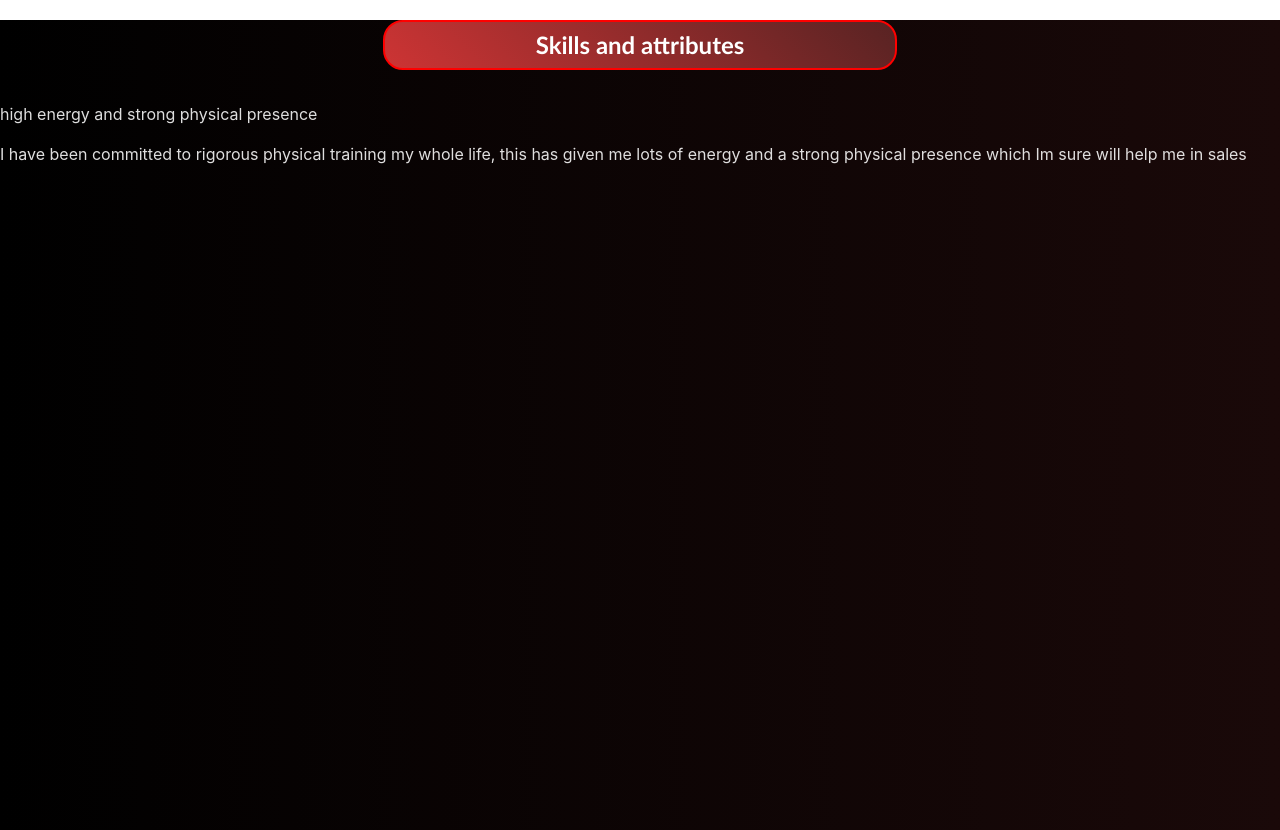
Repository: TMuse333/resume1
Page: /
An editor plug-in stored every save of this project. The page is shown before and after the next save, followed by the edit.
The browser window is 1280 px wide. The pictures show the whole page.
The project was rebuilt for these pictures with package versions that can differ from the ones it lists, and the page was loaded fresh each time. Also part of the build but not shown: vite.config.js, src/components/navbar.jsx, src/components/about.jsx, src/components/contact.jsx, src/components/footer.jsx, src/components/experience.jsx, src/components/carousel.jsx, src/components/experienceCarousel.jsx and 4 more. Imported but missing from the stored project, and not drawn on this page: src/images/best_dunk.mp4.

Above is the page before, as saved 2023-10-18 15:15:45.

### index.html
<!doctype html>
<html lang="en">
  <head>
    <meta charset="UTF-8" />

    <meta name="viewport" content="width=device-width, initial-scale=1.0" />
    <title>Thomas Musial Resume 1</title>
  </head>
  <body>
    <div id="root"></div>
    <script type="module" src="/src/main.jsx"></script>
  </body>
</html>

### src/main.jsx
import './index.css'
import * as React from 'react';
import { StrictMode } from 'react';
import { createRoot } from 'react-dom/client';
import { BrowserRouter } from 'react-router-dom';

import App from './App';

const rootElement = document.getElementById('root');
const root = createRoot(rootElement);

root.render(
  <StrictMode>
    <BrowserRouter>
      <App />
    </BrowserRouter>
  </StrictMode>
);

### src/index.css
:root {
  font-family: Inter, system-ui, Avenir, Helvetica, Arial, sans-serif;
  line-height: 1.5;
  font-weight: 400;

  /* color-scheme: light dark; */
  color: rgba(255, 255, 255, 0.87);
  background-color: #242424;

  font-synthesis: none;
  text-rendering: optimizeLegibility;
  -webkit-font-smoothing: antialiased;
  -moz-osx-font-smoothing: grayscale;
  -webkit-text-size-adjust: 100%;
}

a {
  font-weight: 500;
/* color:black; */
  text-decoration: inherit;
}
a:hover {

}

body {
  margin: 0;
  display: flex;
  place-items: center;
  min-width: 320px;
  min-height: 100vh;
}

h1 {
  font-size: 3.2em;
  line-height: 1.1;
}

button {
  border-radius: 8px;
  border: 1px solid transparent;
  padding: 0.6em 1.2em;
  font-size: 1em;
  font-weight: 500;
  font-family: inherit;

  cursor: pointer;
  transition: border-color 0.25s;
}
button:hover {

}
button:focus,
button:focus-visible {

}

@media (prefers-color-scheme: light) {
  :root {
    /* color: #213547; */
    background-color: #ffffff;
  }
  a:hover {

  }
  button {
    background-color: #f9f9f9;
  }
}

### src/App.jsx
import { useState } from 'react'
import './App.css'
import {
  BrowserRouter as Router,

  Route, Routes

} from "react-router-dom";




import MainLayout from './components/MainLayout';

import { SkillProvider } from './context/context'
import FAQ from './components/FAQ';
import Progress from './components/progress';


function App() {
  return (
    <>

    <SkillProvider>
   <Routes>

      <Route path='/' element={<MainLayout/>}/>
     <Route path="/FAQ" element={<FAQ/>}/>
     <Route path="/progress" element={<Progress/>}/>
      </Routes>
      </SkillProvider>


   </>
  );
}

export default App;

### src/App.css


:root {
  --primary-color: #000000; /* Dark blue */
  --secondary-color: #1a0909; /* Medium blue */
  --background-color: #180c0c; /* Darker blue for background */
  --color-3:#cd3434;
  --color-4:#582323;
  --text-color: rgb(1, 0, 0); /* White text */
  --accent-color: #828282; /* Lighter blue as an accent color */
}

.body,
html {
  color: var(--text-color);
}


.header-container{
 display: flex;
 justify-content: space-between;
 align-items: center;
 width: 8vw;

 top: 0px;
 background: blue;
 height: 5px;
 z-index: 10000;


}

.logo{
  margin-top: 5px;
  margin-left: 20px;
}

.profile-picture-container{
  width: 100vw;
  background: linear-gradient( var(--primary-color), var(--secondary-color));
  display: flex;
  align-items: center;
  justify-content: center;
  height: 20rem;
}

.profile-picture{
  object-fit: contain;
height:100%;


}

.nav-list{
  color:white;
  list-style: none;
padding: 0;
  padding-bottom: 10px; /* Remove any default padding */
  margin: 0;
  transform: translate(15px,60px);
  width: 55%;
  background: linear-gradient(var(--primary-color),var(--secondary-color));




}

.list-container {
  position: relative;
  display: flex;
  flex-direction: column;
  align-items: center; /* Vertically center-align the items */
  text-align: center;
  ; /* Horizontally center-align the text within li elements */
}

.nav-button{
  margin-right: 20px;
  transform: translate(1rem,3.5rem);
  background-color: transparent;
  color:white;
}

.header-container button{

}



.about-container {
  margin-top: 30px;
  display: flex;
  justify-content: center;
  align-items: center;
  flex-direction: column;
 width: 100vw;
  margin-bottom: -2rem;
 background: linear-gradient(45deg, var(--primary-color), var(--secondary-color));
}



.about {
  text-align: center;
}

.about h1{

  text-shadow: 2px 2px 10px rgb(77, 77, 77)
}

.title{
  margin-top: -15px;
  display: flex;

  flex-direction: column;
  text-align: center;
  justify-content: center;
  align-items: center;
  /* background: linear-gradient(to right, rgb(104, 73, 11), #FFA500); */


  padding-left: 10px;
  padding-right: 10px;


  margin-bottom: 10px;

}



.title h2{

  margin-top:-30px;
  text-align: center;
  flex-direction: column;
  text-shadow: 2px 2px 10px rgb(77, 77, 77)



}



.about p {
  padding:15px;
  font-size: 16px;
  font-weight: bold;
  color: white;
  background-color: var(--background-color);
  max-width: 1000px; /* Set the text color for the paragraph */
}

.image-gallery{
  display: flex;
  position: relative;
  justify-content: center; /* Horizontally center-align its children */
  align-items: center;

}

.image-container{
  display: flex;
  flex-direction: column;
  align-items: center;
  justify-content: center;
  background-color: #1f140f;


}





.image-gallery button{
  background-color: transparent;
  height: 20px;


}

.skills-section {

  background: linear-gradient(to right, var(--primary-color), var(--secondary-color));
  width: 100vw;

}

.section-title {

  font-size: 1.5rem;
  margin-bottom: 1rem;
  align-items: center;
  justify-content: center;
  text-align: center;
  border: 2px solid red;
  width:300px;
  margin-left: auto;
  margin-right: auto;
}




.attribute-container p{
  color:wheat;


}










.description-content button {
  margin-top: 10px;
  background-color: rgb(66, 55, 55);
  width:100px;

}





.section-title{
  background: linear-gradient(45deg, var(--color-3), var(--color-4));
  color: rgb(255, 255, 255);
  border-radius: 20px;
  padding:5px;
  font-family: 'Trebuchet MS', 'Lucida Sans Unicode', 'Lucida Grande', 'Lucida Sans', Arial, sans-serif;
}

.title h1 {
  font-family: 'Helvetica Neue', Helvetica, Arial, sans-serif; /* Use a dominant font family */
  font-weight: bold; /* Apply a bold weight */

  letter-spacing: 0px; /* Adjust letter spacing for clarity */
  text-transform: uppercase; /* Optionally, transform text to uppercase */
  color: rgb(209, 89, 89);
  text-shadow: 2px 2px 10px rgb(104, 92, 71);
}

.title p{
  font-family: 'Times New Roman', serif; /* Choose a serif font for an intellectual touch */
  font-weight: normal; /* Adjust font weight as needed */
   /* Set an appropriate font size */
  letter-spacing: 0.5px; /* Adjust letter spacing for clarity */
  color: #1f140f;
  white-space: nowrap;
  text-align: center;
}




.card-container{
  position: relative;
  display: flex;
  flex-direction: column;
  align-items: center; /* Center horizontally */
  justify-content: center; /* Center vertically */
  text-align: center;

  z-index: 0;

}

.experience-image{

  width: 200px;
}

.card-container h2{
  font-weight: bold;
  color: rgba(235, 231, 13);
  text-shadow: 2px 2px 4px rgba(63, 62, 3, 0.87);
}

.card-container p{
  margin-top: 10px;
  color: #fff;
  font-weight: bold;
  font-family: 'Montserrat', sans-serif;
  width:60%

}

.exp-carousel{
  background: linear-gradient(to right, var(--primary-color), var(--secondary-color));
  display: flex;
  width: 100vw;
}

.exp-carousel button{
  height:40px;

  margin-top: auto;
  margin-bottom: auto;

}



.carousel-container{
  margin-top: 50px;
  height: max-content;
  display: flex;

  justify-content: center;
  align-items: center;

}

.carousel2{
  margin-top: -50px;
  background: linear-gradient( var(--primary-color), var(--secondary-color));
  width: 100vw;
  text-align: center;
}

.carousel h1{
  padding-top: 10px;
margin-top: 0rem;
text-align: center;
color:white;
text-shadow: 2px 2px 10px rgb(77, 77, 77)

}


.carousel-container button:first-child{
  position: absolute;
  left:5%;
  z-index: 10;

}

.carousel-container button:last-child{
  position: absolute;
  right:5%;
  z-index: 10;

}







.images-container{
  display: flex;
  overflow: auto;
  white-space: nowrap;
  max-width: 100vw;
  gap:40px;
}


.contact-container{
  background: linear-gradient(to right, var(--primary-color), var(--secondary-color));
  margin-top:0rem;
  display: flex;
  flex-direction: column;
  align-items: center;
  width:100vw;


}

.contact-container h1{
  text-shadow: 2px 2px 10px rgb(77, 77, 77)
}

.contact-container p{
  padding-left: 25px;
  padding-right: 25px;
  color: #555;
  font-weight: bold;
}

.contact-container button{
  margin-top: 30px;
  margin-bottom: 30px;
  color:black;
}

.contact-container a{
  color:black;
}

.contact{
   background: var(--background-color);
  margin-bottom: 30px;
}

.contact p{
  background-color: var(--background-color);
  color:white;
  padding-top: 10px;
  padding-bottom: 10px;
}

.social-media{
  display: grid;
  grid-template-columns: repeat(auto-fill, minmax(300px, 1fr)); /* Change 300px to your desired minimum column width */
  gap: 20px;
  width: 100vw;
  background-color: rgb(234, 143, 74);

}

.instagram{
  display: flex;
  flex-direction: column;
  margin-bottom: 20px;
  align-items: center;



}

.instagram img{
  height:30rem;
}

.instagram a{
  margin-top: 10px;
  color: #1f140f;
  font-size: large;
  background-color: #cd4c2f;

  text-align: center;

  padding-left: 30px;
  padding-right: 30px;

}

.youtube{
  align-items: center;
  justify-content: center;
  display: flex;
  flex-direction: column;

}

.youtube a{
  margin-top: -25px;
  margin-bottom: 100px;
  color: #1f140f;
  background-color: #cd4c2f;
  padding-left: 30px;
  padding-right: 30px;
}

.footer-container{
  font-weight: bold;
 color:red;
  align-items: center;
  justify-content: center;
  display: flex;
  flex-direction: column;
  margin-left: auto;
  margin-right: auto;
  background: rgb(22, 18, 18);
  width:100vw;
}

.footer-list{


align-items: center;
gap: 20px;
display: flex;


}

.footer-list p{

}

.copyright{
  color:white;
}

.footer-list a{
  height: min-content;
  padding-top: 10px;
  font-weight: bold;
  color:white;
}






.faq-container{
  position: absolute;
  top:0;
 height:100vh;
 width:100vw;
  background: linear-gradient(to right, #F4A460, #FF8C00);

}

.faq-text {
margin-left: 25px;
}

.faq-container h1{
  margin-top: 75px;
}

.faq-footer{
  position: absolute;
  bottom:0;
  width: 100vw;
}

.link-container{
width: 100vw;
margin-top: 50px;
text-align: center;

}

.progress-container{
  display: flex;
width: 100vw;

flex-direction: column;
  justify-content: center;



}

.progress-images {
  margin-top:1rem;
  width:100vw;
  display: grid;
  justify-content: center;

   /* grid-template-columns: repeat(1, 1fr);
  grid-template-rows: repeat(8, 1fr);
  gap: 10px;  */


}


.progress-images img{
  margin-top:3rem;
}

.progress-description{
  width:100vw;

  text-align: center;
}



@media screen and (min-width: 415px) {
  .skills-container{
    /* grid-template-columns: 200px 200px ; */
  }

}




@media screen and (min-width: 760px)
 and (min-height: 415px)
 {

.footer-container{
  width:100vw;

}

.section-title{
  width:50px;
}

.about-container{
  width:100vw;
  margin-left: auto;
  margin-right: auto;
}
.header-container{
  width:100vw;
  color:yellow;

}

.nav-list{
  width:10vw;
  color:red;


}

  .list-container{

  }

  .social-media{
    grid-template-columns: repeat(2,1fr);
  }

  .profile-picture-container{
   width:100vw;
    height: 680px;

  }

  .footer-container{
    width:100vw;
  }

  .nav-list{
    display: flex;
    align-items: center;
    justify-content: space-between;
    /* padding-left: 20px;
    padding-right: 20px; */
    width: 100vw;
  }

  .nav-button{
    display: none;
  }

  .header-container{
    display: flex;
    justify-content: space-between;
    align-items: center;
    width: 100vw;
    position: fixed;
    top: 0px;

    height: 50px;
   }

   .list-container {
    position: absolute;
    display: flex;
    flex-direction: row;
    justify-content: space-between;
    left: 50%; /* Set the left position to the center of the parent container */
    transform: translateX(-50%);
    width: 75vw;
    margin-bottom:100px;
  }

  .title{
    margin-top: 10px;
  }

  .skills-container{
    width:100vw;
    display: grid;
    /* grid-template-columns: 200px 200px 200px 200px; */
  }

  .skills-section{
    width:100vw;

  }

  .section-title{
    width:500px;
    justify-content: center;
    margin-left: auto;
    margin-right: auto;
  }

  .experience-image{
max-width: 500px;
  }

  .progress-images{
    margin-top: 0;
     grid-template-columns: repeat(2, 450px);
  grid-template-rows: repeat(8, 0fr);

  }

  .progress-images img{
    margin-top: 2rem;

  }

  .card-container{
    /* width:100vw; */
  }


}

### src/components/MainLayout.jsx
import React from 'react';
import Navbar from './navbar';
import About from './about';
import Skills from './skills';

import ContactForm from './contact';
import Footer from './footer';
import Carousel from './carousel';



import ExperienceCarousel from './experienceCarousel';
import BulletPointList from './bulletPointList';

 // Replace with the actual path to your Navbar component

function MainLayout({ children }) {
  return (
   <>
   {/* <Navbar/> */}
   {/* <About/> */}
   <Skills/>
   {/* <BulletPointList/> */}
  {/* <Carousel/> */}
    {/* <ExperienceCarousel/> */}
    {/* <ContactForm/> */}
    {/* <Footer/> */}
    </>


  );
}

export default MainLayout;

### src/context/context.jsx
// SkillContext.js

import React, { createContext, useContext, useState } from 'react';

// Create the SkillContext
const SkillContext = createContext();

// Create a custom hook for accessing the SkillContext
export function useSkillContext() {
  return useContext(SkillContext);
}

// Create the SkillProvider component
export function SkillProvider({ children }) {
  const [selectedSkillIndex, setSelectedSkillIndex] = useState(null);

  return (
    <SkillContext.Provider value={{ selectedSkillIndex, setSelectedSkillIndex }}>
      {children}
    </SkillContext.Provider>
  );
}

### src/components/skills.jsx
import React, { useEffect, useState } from 'react';
import { motion } from 'framer-motion';
import { attributes } from './skillDesc';

import { services } from './skillDesc';
import { useSkillContext } from '../context/context';

const Skills = () => {
  const [skillsInView, setSkillsInView] = useState(Array(services.length).fill(false));
  const { selectedSkillIndex, setSelectedSkillIndex } = useSkillContext();
  const [isHovered, setIsHovered] = useState(-1)
  const [isSkillDescriptionVisible, setIsSkillDescriptionVisible] = useState(Array(services.length).fill(false));


  const handleSkillClick = (index) => {
    setSelectedSkillIndex(index);
    console.log(selectedSkillIndex)

    setIsSkillDescriptionVisible((prev) => {
      const newIsSkillDescriptionVisible = [...prev];
      newIsSkillDescriptionVisible[index] = !prev[index];

      return newIsSkillDescriptionVisible;
    });
  };



  const handleHover = () => {
        setIsHovered(index)
  }


  const style = (index) =>( {

    height: selectedSkillIndex === index  && isSkillDescriptionVisible[index]? '375px' : '200px',
    transition: 'height 0.3s ease-in-out',
  })





  const staggerVariants = {
    visible: (index) => ({
      opacity: 1,
      x: 0,
       // Always start from the center
      transition: {
        duration:  + 0.5,
      },
    }),
    hidden: (index) => ({
      opacity: 0,
      x: -100, // Alternate between left and right
    }),
  };

  const skillStyles = (index) => ({
    // boxShadow: isHovered === index ? '0 0 100px rgba(10, 128, 0, 1)' : null,
    backgroundColor: isHovered === index ? 'rgba(305, 100, 100, 1)' : 'transparent',

    transform: isHovered === index ? 'scale(1.2)' : 'scale(1)',
    padding: '10px',
    borderRadius: '30px'

});

  useEffect(() => {
    const handleScroll = () => {
      services.forEach((skill, index) => {
        const skillsSection = document.getElementById(`skill-${index}`);
        if (skillsSection) {
          const { top} = skillsSection.getBoundingClientRect();


          const threshold = 100

          // Check if the skills section is in the viewport with the calculated threshold
          const isInView = top < window.innerHeight - threshold  ;
      //    console.log(`Skill ${index} - top: ${top}, window.innerHeight - threshold: ${window.innerHeight - threshold}, isInView: ${isInView}`);
          // Update the skillsInView array with the new in-view state
          setSkillsInView((prevSkillsInView) => {
            const newSkillsInView = [...prevSkillsInView];
            newSkillsInView[index] = isInView || prevSkillsInView[index]; // Update the state to true if already in view
            return newSkillsInView;
          });
        }
      });
    };

    // Add an event listener for scroll
    window.addEventListener('scroll', handleScroll);

    // Clean up the event listener when the component unmounts
    return () => {
      window.removeEventListener('scroll', handleScroll);
    };
  }, []);




  return (
    <section className="skills-section">
      <h2 className="section-title">Skills and attributes</h2>
      <div className="skills-container ">
        {attributes.map((skill, index) => (
         <motion.div
         key={index}
         id={`skill-${index}`}
         variants={staggerVariants}
         initial="hidden"
         animate={skillsInView[index] ? 'visible' : 'hidden'}
         custom={index}
         >
          <p>{skill.name}</p>
          <p>{skill.description}</p>
         </motion.div>
        ))}
      </div>
    </section>
  );
};

export default Skills;

Loaded but not shown: src/components/skillDesc.js (253 lines, source omitted)

After the next save:
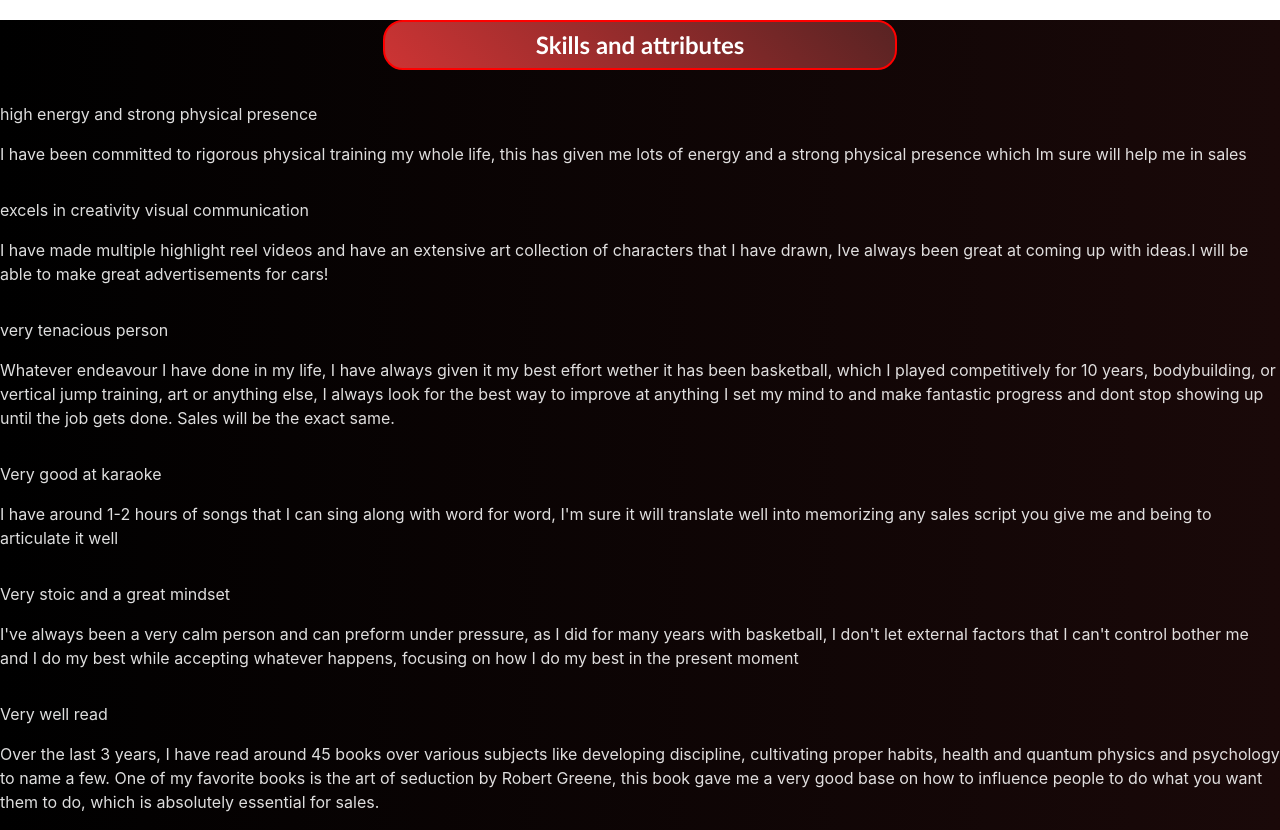
Saved 4 s later.
--- a/src/components/skills.jsx
+++ b/src/components/skills.jsx
@@ -108,11 +108,11 @@
         {attributes.map((skill, index) => (
          <motion.div
          key={index}
-         id={`skill-${index}`}
-         variants={staggerVariants}
-         initial="hidden"
-         animate={skillsInView[index] ? 'visible' : 'hidden'}
-         custom={index}
+        //  id={`skill-${index}`}
+        //  variants={staggerVariants}
+        //  initial="hidden"
+        //  animate={skillsInView[index] ? 'visible' : 'hidden'}
+        //  custom={index}
          >
           <p>{skill.name}</p>
           <p>{skill.description}</p>

After the save that followed:
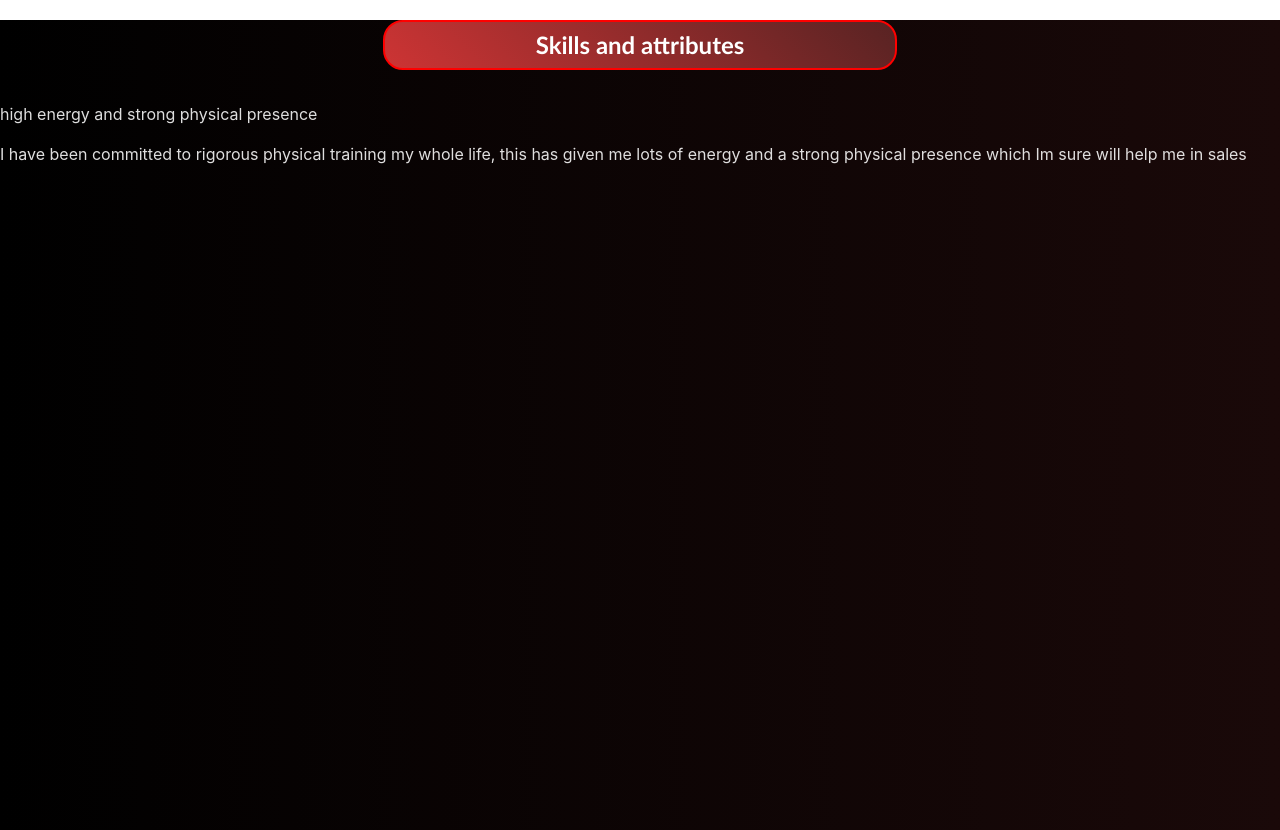
Saved 8 s later.
--- a/src/components/skills.jsx
+++ b/src/components/skills.jsx
@@ -108,11 +108,11 @@
         {attributes.map((skill, index) => (
          <motion.div
          key={index}
-        //  id={`skill-${index}`}
-        //  variants={staggerVariants}
-        //  initial="hidden"
-        //  animate={skillsInView[index] ? 'visible' : 'hidden'}
-        //  custom={index}
+         id={`skill-${index}`}
+         variants={staggerVariants}
+         initial="hidden"
+         animate={skillsInView[index] ? 'visible' : 'hidden'}
+         custom={index}
          >
           <p>{skill.name}</p>
           <p>{skill.description}</p>
